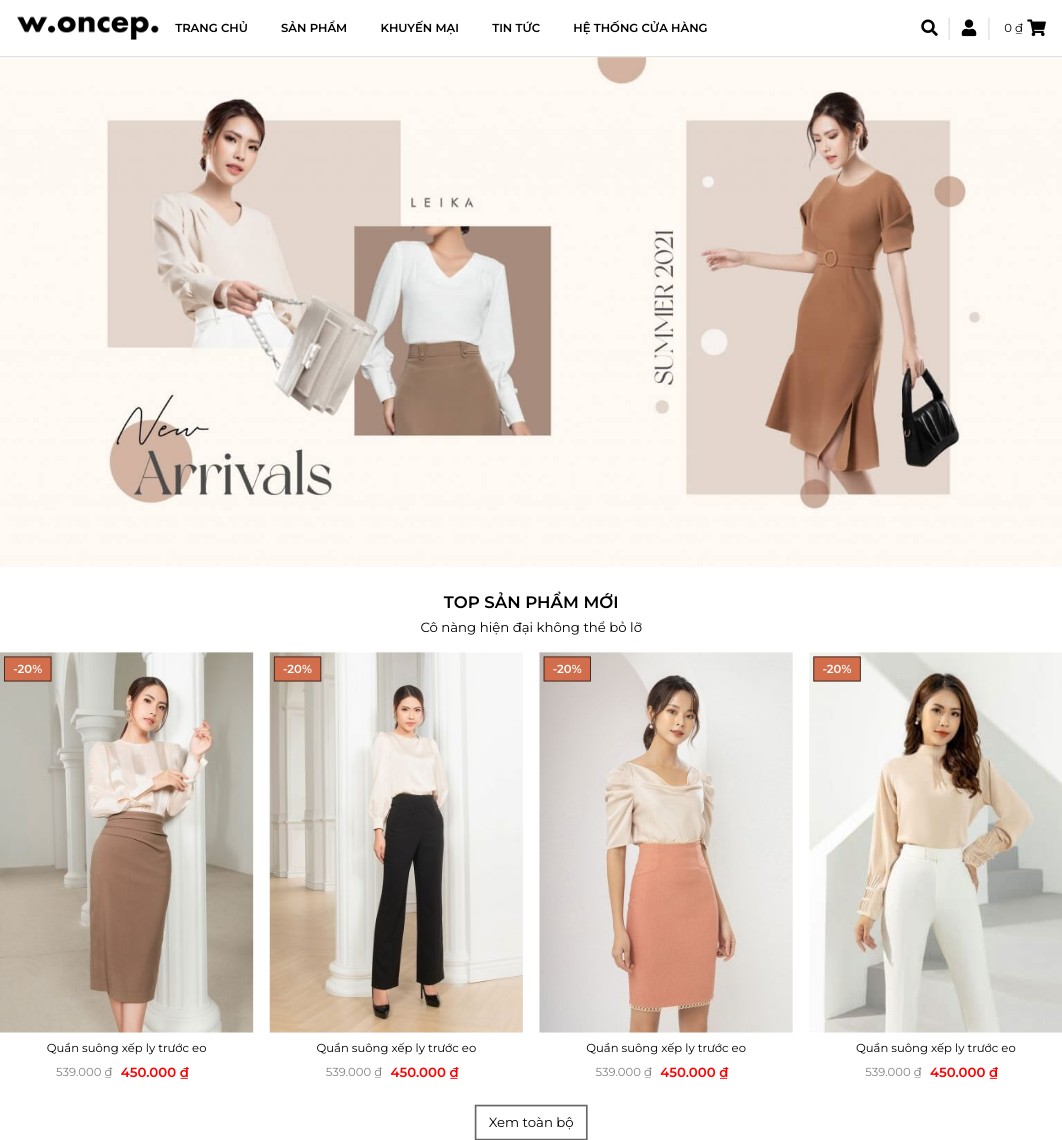
Repository: Nguyenductuan-dev/bt_j2team
Page: index.html
An editor plug-in stored every save of this project. The page is shown before and after the next save, followed by the edit.
The browser window is 1280 px wide. The pictures show the whole page, at 83% of full size.

Above is the page before, as saved 2021-12-12 15:40:43.

### index.html
<!DOCTYPE html>
<html lang="en">
<head>
    <meta charset="UTF-8">
    <meta http-equiv="X-UA-Compatible" content="IE=edge">
    <meta name="viewport" content="width=device-width, initial-scale=1.0">
    <link rel="stylesheet" href="css/style.css">
    <link rel="stylesheet" href="./fonts/fontawesome-free-5.15.3-web/css/all.min.css">

    <link rel="preconnect" href="https://fonts.googleapis.com">
    <link rel="preconnect" href="https://fonts.gstatic.com" crossorigin>
    <link href="https://fonts.googleapis.com/css2?family=Montserrat:ital,wght@0,200;0,300;0,400;0,500;0,600;0,700;1,600&display=swap" rel="stylesheet">
    <title>Document</title>
</head>
<body>

    <div class="wrapper">

        <!-- HEADER -->
        <div class="header">

            <div class="header__logo">
                <a class="header__logo_link" href="">
                    <img class="header__logo_img" src="./images/logo.png" alt="">
                </a>
            </div>

            <nav class="header__navbar">
                <ul class="header__navbar_list">
                    <li class="header__navbar_item">
                        <a href="" class="header__navbar_link">Trang chủ</a>
                    </li>
                    <li class="header__navbar_item">
                        <a href="" class="header__navbar_link">Sản phẩm</a>
                    </li>
                    <li class="header__navbar_item">
                        <a href="" class="header__navbar_link">Khuyến mại</a>
                    </li>
                    <li class="header__navbar_item">
                        <a href="" class="header__navbar_link">Tin tức</a>
                    </li>
                    <li class="header__navbar_item">
                        <a href="" class="header__navbar_link">hệ thống cửa hàng</a>
                    </li>
                </ul>
            </nav>

            <div class="header__right">
                <div class="header__search">
                    <i class="fas fa-search header__search-icon"></i>
                </div>

                <div class="header__user">
                    <i class="fas fa-user header__user-icon"></i>
                </div>

                <div class="header__cart">
                    <div class="header__cart_price">
                        0 ₫
                    </div>
                    <div class="header__cart">
                        <i class="fas fa-shopping-cart header__cart_icon"></i>
                    </div>
                </div>
            </div>

        </div>

        <!-- CONTAINER -->
        <div class="container">

            <div class="banner">
                <div class="banner__link">
                    <img src="./images/banner.jpg" alt="" class="banner__img">
                </div>
            </div>

            <div class="home__product">
                <div class="home__product-heading">
                    <h3 class="home__product-heading-title">
                        TOP SẢN PHẨM MỚI
                    </h3>
                    <p class="home__product-heading-description">
                        Cô nàng hiện đại không thể bỏ lỡ
                    </p>
                </div>
                <div class="home__product-list">
                    <div class="home__product-item">
                        <a href="" class="home__product-item__link">
                            <img src="./images/product1.jpg" alt="" class="home__product-item__img">
                        </a>

                        <a href="">
                            <h3 class="home__product-item__title">
                                Quần suông xếp ly trước eo
                            </h3>
                        </a>
                        <div class="home__product-item__price">
                            <span class="home-product-item__price-old">539.000 ₫</span>
                            <span class="home-product-item__price-current">450.000 ₫</span>
                        </div>

                        <div class="home-product-item__sale-off">
                            <span>-20%</span>
                        </div>

                    </div>
                    <div class="home__product-item">
                        <a href="" class="home__product-item__link">
                            <img src="./images/product2.jpg" alt="" class="home__product-item__img">
                        </a>

                        <a href="">
                            <h3 class="home__product-item__title">
                                Quần suông xếp ly trước eo
                            </h3>
                        </a>
                        <div class="home__product-item__price">
                            <span class="home-product-item__price-old">539.000 ₫</span>
                            <span class="home-product-item__price-current">450.000 ₫</span>
                        </div>

                        <div class="home-product-item__sale-off">
                            <span>-20%</span>
                        </div>

                    </div>
                    <div class="home__product-item">
                        <a href="" class="home__product-item__link">
                            <img src="./images/product3.jpg" alt="" class="home__product-item__img">
                        </a>

                        <a href="">
                            <h3 class="home__product-item__title">
                                Quần suông xếp ly trước eo
                            </h3>
                        </a>
                        <div class="home__product-item__price">
                            <span class="home-product-item__price-old">539.000 ₫</span>
                            <span class="home-product-item__price-current">450.000 ₫</span>
                        </div>

                        <div class="home-product-item__sale-off">
                            <span>-20%</span>
                        </div>

                    </div>
                    <div class="home__product-item">
                        <a href="" class="home__product-item__link">
                            <img src="./images/product4.jpg" alt="" class="home__product-item__img">
                        </a>

                        <a href="">
                            <h3 class="home__product-item__title">
                                Quần suông xếp ly trước eo
                            </h3>
                        </a>
                        <div class="home__product-item__price">
                            <span class="home-product-item__price-old">539.000 ₫</span>
                            <span class="home-product-item__price-current">450.000 ₫</span>
                        </div>

                        <div class="home-product-item__sale-off">
                            <span>-20%</span>
                        </div>
                    </div>
                </div>

                <div class="home__product-total">
                    <a href="" class="home__product-total-link">Xem toàn bộ</a>
                </div>
            </div>

        </div>

    </div>

    <script src="javascript/main.js"></script>
</body>
</html>

### css/style.css
* {
    margin: 0;
    padding: 0;
    box-sizing: border-box;
    outline: 0;
}

img {
    display: block;
    max-width: 100%;
}

a {
    text-decoration: none;
    color: inherit;
}

h1, h2, h3, h4, h5, h6 {
    font-size: 14px;
    font-weight: 400;
}

p, ul {
    margin: 0;
    padding: 0;
}

body {
    font-family: "Montserrat", sans-serif;
    font-weight: 400;
    font-size: 14px;
}


.header {
    display: flex;
    justify-content: space-between;
    align-items: center;
    padding: 20px;
    flex-wrap: wrap;
    border-bottom: 1px solid #ccc;
}
.header__navbar {
    flex: 1;
}

.header__navbar_list {
    display: flex;
    list-style: none;
    font-size: 14px;
    text-transform: uppercase;
    font-weight: 600;
}
.header__navbar_item {
    padding: 0 20px;
}

.header__right {
    display: flex;
    justify-content: space-between;
    flex-wrap: wrap;
    width: 150px;
    align-items: center;
}

.header__search-icon,
.header__user-icon,
.header__cart_icon{
    font-size: 20px;
    font-weight: 300;
}
.header__cart {
    display: flex;
    justify-content: space-between;

}
.header__user {
    padding: 3px 15px;
    border-left: 1px solid #ccc;
    border-right: 1px solid #ccc;

}
.header__cart_price {
    padding: 0 5px;
    font-size: 14px;
}

/* CONTAINER */
.home__product {
    margin-top: 30px;
}
.home__product-heading {
    text-align: center;
}
.home__product-heading-title {
    font-size: 20px;
    font-weight: 600;
    text-transform: uppercase;
    margin-bottom: 10px;
}

.home__product-heading-description {
    font-size: 16px;
}

.home__product-list {
    margin-top:  20px;
    display: grid;
    grid-template-columns: 1fr 1fr 1fr 1fr;
    grid-gap: 20px;
}
.home__product-item {
    position: relative;
}
.home__product-item__img {
    width: 100%;
    margin-bottom: 10px;
}
.home__product-item__title {
    font-size: 14px;
    text-align: center;
    margin-bottom: 10px;
}

.home__product-item__price {
    display: flex;
    justify-content: center;
}
.home-product-item__price-old {
    font-size: 14px;
    color: gray;
}
.home-product-item__price-current {
    font-size: 16px;
    color: red;
    font-weight: 600;
    padding: 0 10px;
}
.home-product-item__sale-off {
    position:absolute;
    top:5px;
    left: 5px;
    padding: 5px 10px;
    background-color: #d26e4b;
    color: #fff;
    font-weight: 600;
    border: 1px solid #222;
}
.home__product-total {
    margin-top: 30px;
    text-align: center;
}
.home__product-total-link {
    display: inline-block;
    font-size: 16px;
    padding: 10px 15px;
    border: 2px solid #666;
}

Loaded but not shown: fonts/fontawesome-free-5.15.3-web/css/all.min.css (library); javascript/main.js (no stored copy; drawn as an empty file)

After the next save:
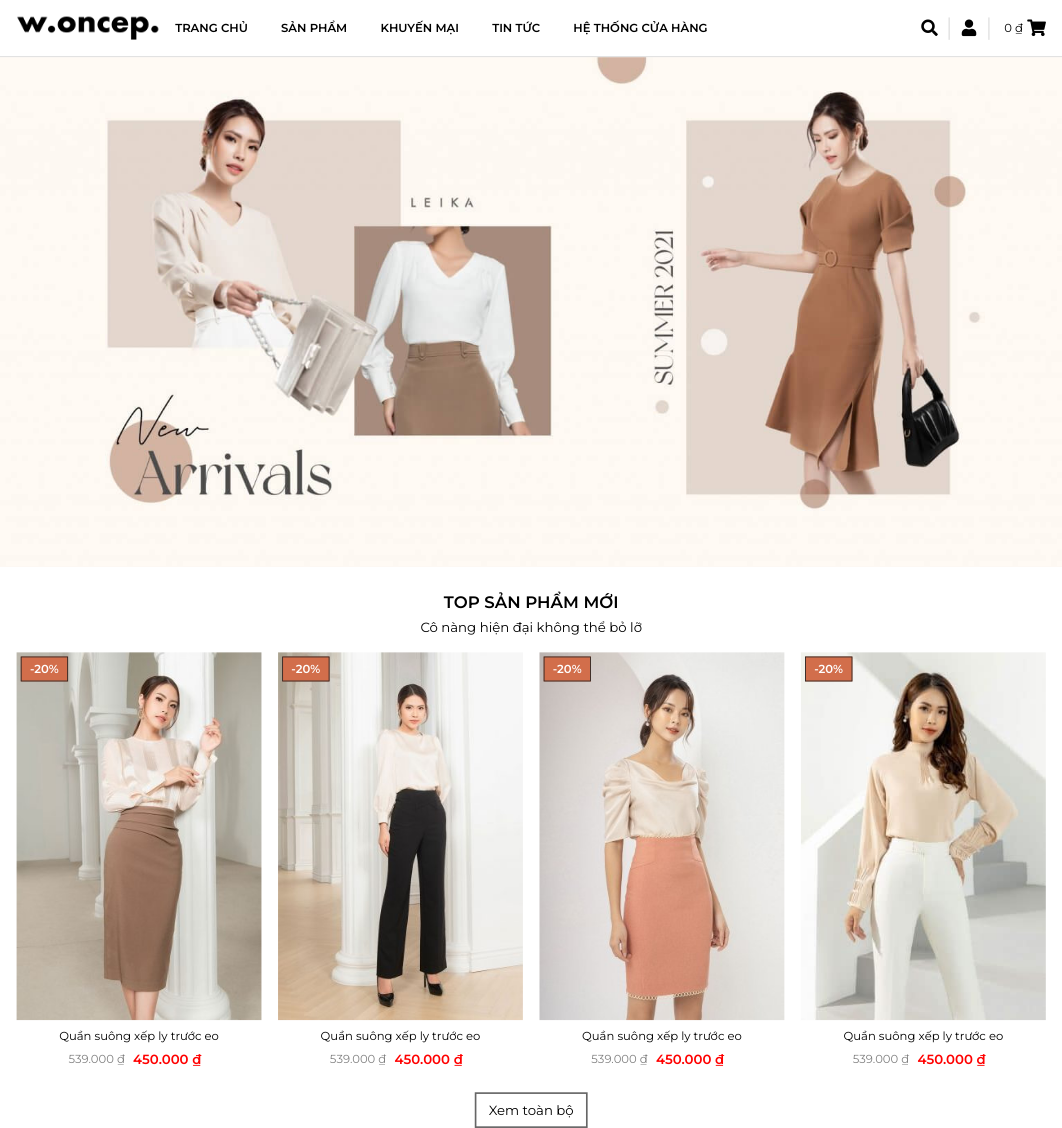
Saved 26 s later.
--- a/css/style.css
+++ b/css/style.css
@@ -108,6 +108,7 @@
     display: grid;
     grid-template-columns: 1fr 1fr 1fr 1fr;
     grid-gap: 20px;
+    padding:0 20px
 }
 .home__product-item {
     position: relative;
